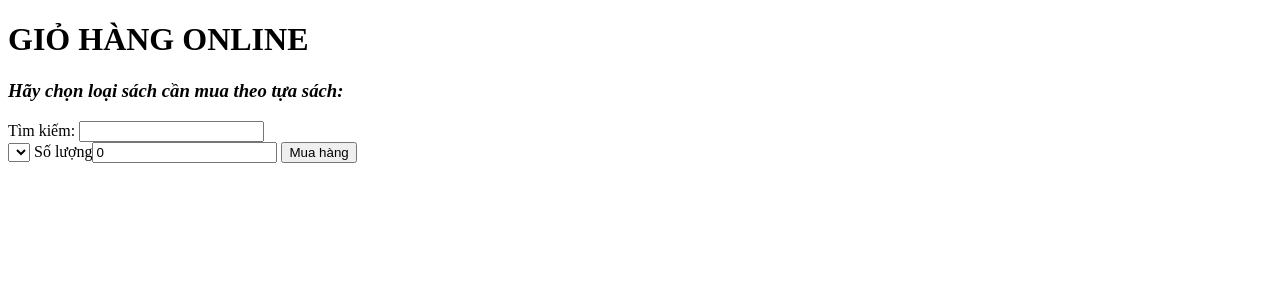
Repository: trangtruc/Java_NangCao
Page: http://localhost/Demo_Database/Myeshop.jsp
An editor plug-in stored every save of this project. The page is shown before and after the next save, followed by the edit.
The browser window is 1280 px wide. The pictures show the whole page.
The page is served by Tomcat 9. Other server files are loaded and not shown. Queries for data that is not in the repository find no rows.

Above is the page before, as saved 2017-03-11 18:32:02.

### Buoi4/Demo_Database/WebContent/Myeshop.jsp
<%@page contentType="text/html" pageEncoding="UTF-8"%>
<%@page import="servlet.*" %>
<%@page import="java.util.ArrayList" %>
<!DOCTYPE HTML PUBLIC "-//W3C//DTD HTML 4.01 Transitional//EN"
    "http://www.w3.org/TR/html4/loose.dtd">

<html>
    <head>
        <title>My E-Shop</title>
        <script type="text/javascript">
            function kt(){
                var s=document.getElementById("sl").value;
                if(isNaN(s) || s<=0)
                    return false;
                return true;
            }
        </script>
    </head>
    <body>
        <h1>GIỎ HÀNG ONLINE</h1>
        <%
            DbActions db = new DbActions();
            ArrayList<Sanpham> dssp = db.getAllProducts();
        %>
        <form action="Access" method="post">
            <h3><i>Hãy chọn loại sách cần mua theo tựa sách:

            </i></h3>

            Tìm kiếm: <input type="text" name="monhang"/>
            </br>
            <select name="monhang">
                <%
            for (Sanpham sp : dssp) {%>
                <option value="<%=sp.getId()%>"><%=sp.getTitle()%></option>

                <%}%>
            </select>
            Số lượng<input name="soluong" value="0" id="sl"/>
            <input type="hidden" name="action" value="muahang"/>
            <input type="submit" value="Mua hàng" onclick="return kt()"/>


        </form>
        <br/>
        <jsp:include page="Myecart.jsp" flush="true"/>
    </body>
</html>

### Buoi4/Demo_Database/WebContent/Myecart.jsp
<%@page contentType="text/html" pageEncoding="UTF-8"%>
<%@page import="java.util.ArrayList" %>
<%@page import="servlet.*" %>
<%
	Object obj=session.getAttribute("giohang");
	if(obj!=null){
	    Giohang giohang=(Giohang)obj;
	    ArrayList<Monhang> dssp=giohang.getGiohang();
	    if(dssp.size()>0){
%>
<table align="center" border="1" width="95%">
    <tr>
        <th>STT</th>
        <th>Tên sách</th>
        <th>Tên tác giả</th>
        <th>Số lượng mua</th>
        <th>Đơn giá</th>
        <th>Số lượng hiện còn trong kho</th>
        <th>Thành tiền</th>
        <th></th>
    </tr>

    <%int i=1;
    for(Monhang mhang:dssp){

    	 String ms=mhang.getSanpham().getId();
    	 String tua=mhang.getSanpham().getTitle();
         String tgia=mhang.getSanpham().getAuthor();
         int sl=mhang.getSoluong();
         double dg=mhang.getSanpham().getPrice();
         int qty =mhang.getSanpham().getQty();

        %>

        <tr>
            <td><%=ms%></td>
            <td><%=tua%></td>
            <td><%=tgia%></td>
            <td><%=sl%></td>
            <td><%=dg%></td>
            <td><%=qty-sl%></td>
            <td><%=dg*sl%></td>
            <td>
                <form action="Access" method="post">
                    <input type="hidden" name="action" value="trahang"/>
                    <input type="hidden" name="mssp" value="<%=ms%>"/>
                    <input type="submit" value="Trả hàng"/>
                </form>
            </td>
        </tr>
    <%}%>
    </table>
    <br/>
        <center>
            <form method="post" action="Access">
                <input type="hidden" name="action" value="checkout"/>
                <input type="submit" value="Check out"/>
            </form>
        </center>
   <%}
   }
%>

### Buoi4/Demo_Database/src/servlet/DbActions.java
package servlet;

import java.sql.Connection;
import java.sql.DriverManager;
import java.sql.ResultSet;
import java.sql.Statement;
import java.util.ArrayList;

import servlet.Sanpham;

public class DbActions {
	private Connection conn;

	public DbActions() throws Exception{
		Class.forName("com.mysql.jdbc.Driver");
		conn = DriverManager.getConnection("jdbc:mysql://localhost:3306/ebookshop","root","");

	}





	public Sanpham getSanPhamId(String id) throws Exception {
		Sanpham sp=null;
		Statement stmt = conn.createStatement();
		String sql = "select * from books where id="+id+"";

		ResultSet rs = stmt.executeQuery(sql);
		if(rs.next()){
			String i = rs.getString("id");
			String t = rs.getString("title");
            String author = rs.getString("author");
            Float price = rs.getFloat("price");
            int quantity = rs.getInt("qty");
            sp = new Sanpham(i, t, author, price, quantity);
		}

		return sp;

	}


	public Sanpham getSanPhamAuthor(String author) throws Exception {
		Sanpham sp=null;
		Statement st = conn.createStatement();
		String sql = "SELECT * FROM books WHERE author = "
                + "'" + author + "'"
                + " AND qty > 0 ORDER BY author ASC, title ASC";
		ResultSet rs = st.executeQuery(sql);
		if(rs.next()){
			String id = rs.getString("id");
			String t = rs.getString("title");
            String au = rs.getString("author");
            Float price = rs.getFloat("price");
            int quantity = rs.getInt("qty");
            sp = new Sanpham(id, t, au, price, quantity);
		}

		return sp;
	}
	   /**
     * Lấy tât cả sản phẩm
     * @return danh sách sản phẩm
     * @throws Exception
     */
    public ArrayList<Sanpham> getAllProducts() throws Exception {
        ArrayList<Sanpham> ds = new ArrayList<Sanpham>();
        ResultSet rs = null;
        Statement stmt = conn.createStatement();
        String sql = "select * from books";
        rs = stmt.executeQuery(sql);
        while(rs.next()){
        	String id = rs.getString("id");
        	String t = rs.getString("title");
            String author = rs.getString("author");
            Float price = rs.getFloat("price");
            int quantity = rs.getInt("qty");
            ds.add(new Sanpham(id, t, author, price, quantity));
        }
        return ds;
    }


}

After the next save:
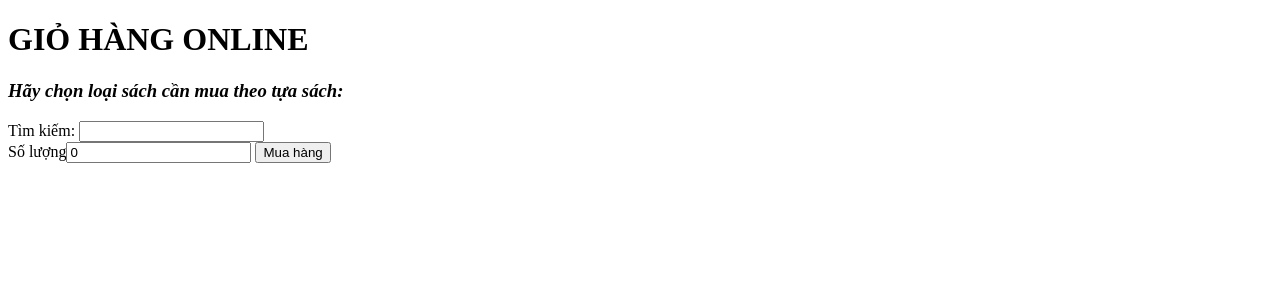
Saved 31 s later.
--- a/Buoi4/Demo_Database/WebContent/Myeshop.jsp
+++ b/Buoi4/Demo_Database/WebContent/Myeshop.jsp
@@ -29,13 +29,7 @@
 
             Tìm kiếm: <input type="text" name="monhang"/>
             </br>
-            <select name="monhang">
-                <%
-            for (Sanpham sp : dssp) {%>
-                <option value="<%=sp.getId()%>"><%=sp.getTitle()%></option>
 
-                <%}%>
-            </select>
             Số lượng<input name="soluong" value="0" id="sl"/>
             <input type="hidden" name="action" value="muahang"/>
             <input type="submit" value="Mua hàng" onclick="return kt()"/>
